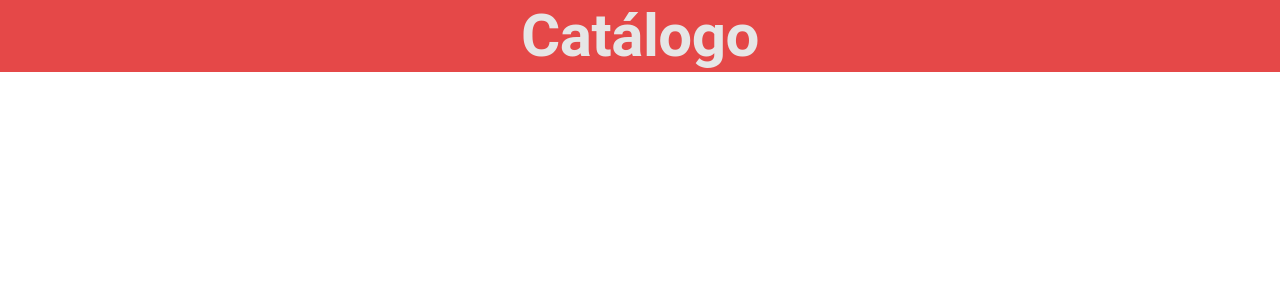
Repository: lenx0/PokeWiki-Front
Page: /
An editor plug-in stored every save of this project. The page is shown before and after the next save, followed by the edit.
The browser window is 1280 px wide. The pictures show the whole page.
The page's requests for data from a server got no answer. The project was rebuilt for these pictures with package versions that can differ from the ones it lists, and the page was loaded fresh each time. The framework's server and built-in components were replaced by stand-ins that run in the browser. No one was signed in, and anything a server would have sent is missing. Also part of the build but not shown: next.config.mjs, src/app/components/Skeleton/index.jsx.

Above is the page before, as saved 2024-02-14 22:10:03.

### src/app/layout.js
import { Inter } from "next/font/google";
import "./globals.css";

const inter = Inter({ subsets: ["latin"] });

export default function RootLayout({ children }) {
  return (
    <html lang="en">
      <body className={inter.className}>{children}</body>
    </html>
  );
}

### src/app/page.js
'use client'
import PokemonList from "./pages/PokemonList/page";

export default function Home() {
  return (
    <PokemonList />
  );
}

### src/app/pages/PokemonList/page.jsx
import { Box, Grid, Typography } from "@mui/material";

import Cards from "@/app/components/Cards";

export default function PokemonList() {
  return (
    <>
      <Grid
        item
        backgroundColor="#e02121d2"
        textAlign="center"
      >
        <Typography variant="h2" fontWeight={700} color="#e6e6e6">
          Catálogo
        </Typography>
      </Grid>
      <Grid container padding={10}>
        <Cards />
      </Grid>
    </>
  );
}

### src/app/components/Cards/index.jsx
import React, { useEffect, useState } from "react";
import {
  Card,
  CardContent,
  Typography,
  Grid,
  CardMedia,
  Box,
} from "@mui/material";

import PokemonService from "@/services/PokemonService";
import { capitalizeFirstLetter } from "@/services/utils/CapitalizeFirstLetter";
import PokemonCardSkeleton from "../Skeleton";

export default function Cards() {
  const [pokemonList, setPokemonList] = useState([]);
  const [loading, setLoading] = useState(true);

  useEffect(() => {
    async function getPokemon() {
      const pokemonListResponse = await PokemonService.getPokemon();
      const pokemonUrls = pokemonListResponse.results.map(
        (pokemon) => pokemon.url
      );
      const detailedPokemonList = await Promise.all(
        pokemonUrls.map(async (url) => {
          const pokemonDetailsResponse = await PokemonService.getPokemonDetails(
            url
          );
          return pokemonDetailsResponse;
        })
      );
      setPokemonList(detailedPokemonList);
      setLoading(false);
    }
    getPokemon();
  }, []);

  return (
    <>
      <Grid container spacing={4}>
        {loading
          ? pokemonList.map((index) => (
              <Grid item xs={12} sm={6} md={4} key={index}>
                <PokemonCardSkeleton />
              </Grid>
            ))
          : pokemonList.map((pokemon, index) => (
              <Grid item xs={12} sm={6} md={4} lg={4} xl={2} key={index}>
                <Card
                  sx={{
                    maxWidth: 245,
                    border: "none",
                    boxShadow: "2px 4px 8px 8px rgba(0,0,0,0.2)",
                  }}
                >
                  <CardMedia
                    component="img"
                    height="auto"
                    image={
                      pokemon.sprites.other["official-artwork"].front_default
                    }
                    alt={pokemon.name}
                  />
                  <CardContent>
                    <Box textAlign="center">
                      <Typography
                        gutterBottom
                        variant="h5"
                        fontWeight="700"
                        component="div"
                      >
                        {capitalizeFirstLetter(pokemon.name)}
                      </Typography>
                      <Typography variant="body2" color="text.secondary">
                        Número: {pokemon.order}
                      </Typography>
                      <Typography variant="body2" color="text.secondary">
                        Altura: {pokemon.height}
                      </Typography>
                      <Typography variant="body2" color="text.secondary">
                        Peso: {pokemon.weight}
                      </Typography>
                      {/* <Typography variant="body2" color="text.secondary">
                        Habilidades:
                        {pokemon.abilities.map((ability, index) => (
                          <Typography key={index}>
                            {ability.ability.name}
                          </Typography>
                        ))}
                      </Typography> */}
                    </Box>
                  </CardContent>
                </Card>
              </Grid>
            ))}
      </Grid>
    </>
  );
}

### src/services/PokemonService.js
import HttpClient from "./utils/HttpClient";

class PokemonService {
  async getPokemon() {
    const response = await HttpClient.getData(process.env.NEXT_PUBLIC_API_BASE);
    return response
  }
  async getPokemonDetails(url) {
    const response = await HttpClient.getData(url);
    return response;
  }
}

export default new PokemonService()

### src/services/utils/CapitalizeFirstLetter.js
export function capitalizeFirstLetter(string) {
    return string.charAt(0).toUpperCase() + string.slice(1);
  }

### src/services/utils/HttpClient.js
class HttpClient {
  async getData(url, filter) {
    try {
      const queryParams = new URLSearchParams({
        filter,
        option: {},
        page: 1,
        pageSize: 1000
      });
      const urlWithParams = `${url}?${queryParams.toString()}`;

      const response = await fetch(urlWithParams);

      if (!response.ok) {
        throw new Error(`Erro ao obter os dados: ${response.status}`);
      }

      return response.json();
    } catch (error) {
      console.error('Erro ao realizar a requisição:', error);
      throw error;
    }
  }

  async getDataDetails(url, filter) {
    try {
      let raw = JSON.stringify({
        filter,
        option: {},
        page: 1,
        pageSize: 100
      })

      let requestOptions = {
        method: 'GET',
        body: raw,
        redirect: 'follow'
      }

      const response = await fetch(url, requestOptions);

      if (!response.ok) {
        throw new Error(`Erro ao obter os detalhes: ${response.status}`);
      }

      return response.json();
    } catch (error) {
      console.error('Erro ao realizar a requisição:', error);
      throw error;
    }
  }
}

export default new HttpClient();

Loaded but not shown: src/app/globals.css (common file)

After the next save:
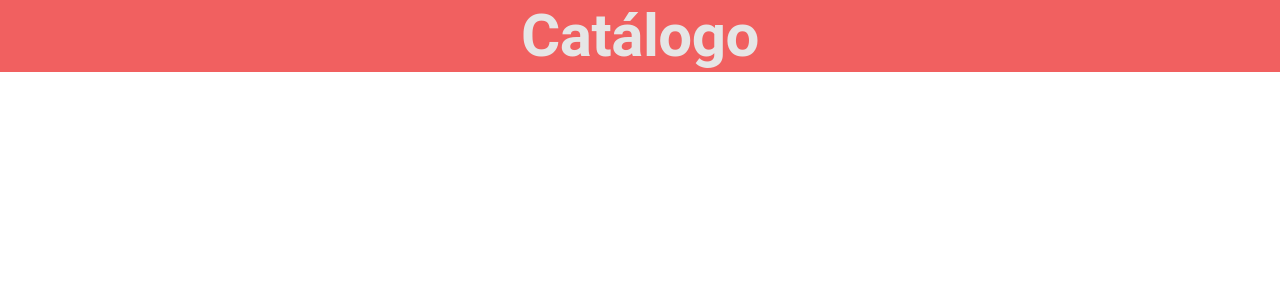
Saved 11 s later.
--- a/src/app/pages/PokemonList/page.jsx
+++ b/src/app/pages/PokemonList/page.jsx
@@ -7,7 +7,7 @@
     <>
       <Grid
         item
-        backgroundColor="#e02121d2"
+        backgroundColor="#ee3e3ed2"
         textAlign="center"
       >
         <Typography variant="h2" fontWeight={700} color="#e6e6e6">

After the save that followed:
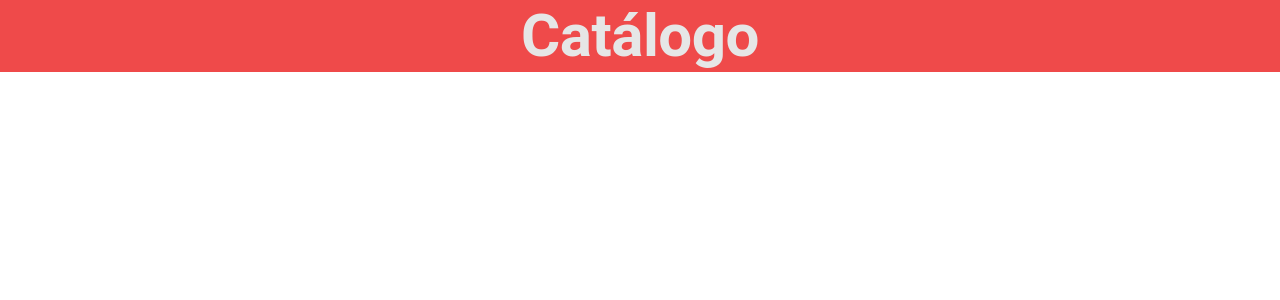
Saved 4 s later.
--- a/src/app/pages/PokemonList/page.jsx
+++ b/src/app/pages/PokemonList/page.jsx
@@ -7,7 +7,7 @@
     <>
       <Grid
         item
-        backgroundColor="#ee3e3ed2"
+        backgroundColor="#ee3e3eef"
         textAlign="center"
       >
         <Typography variant="h2" fontWeight={700} color="#e6e6e6">
